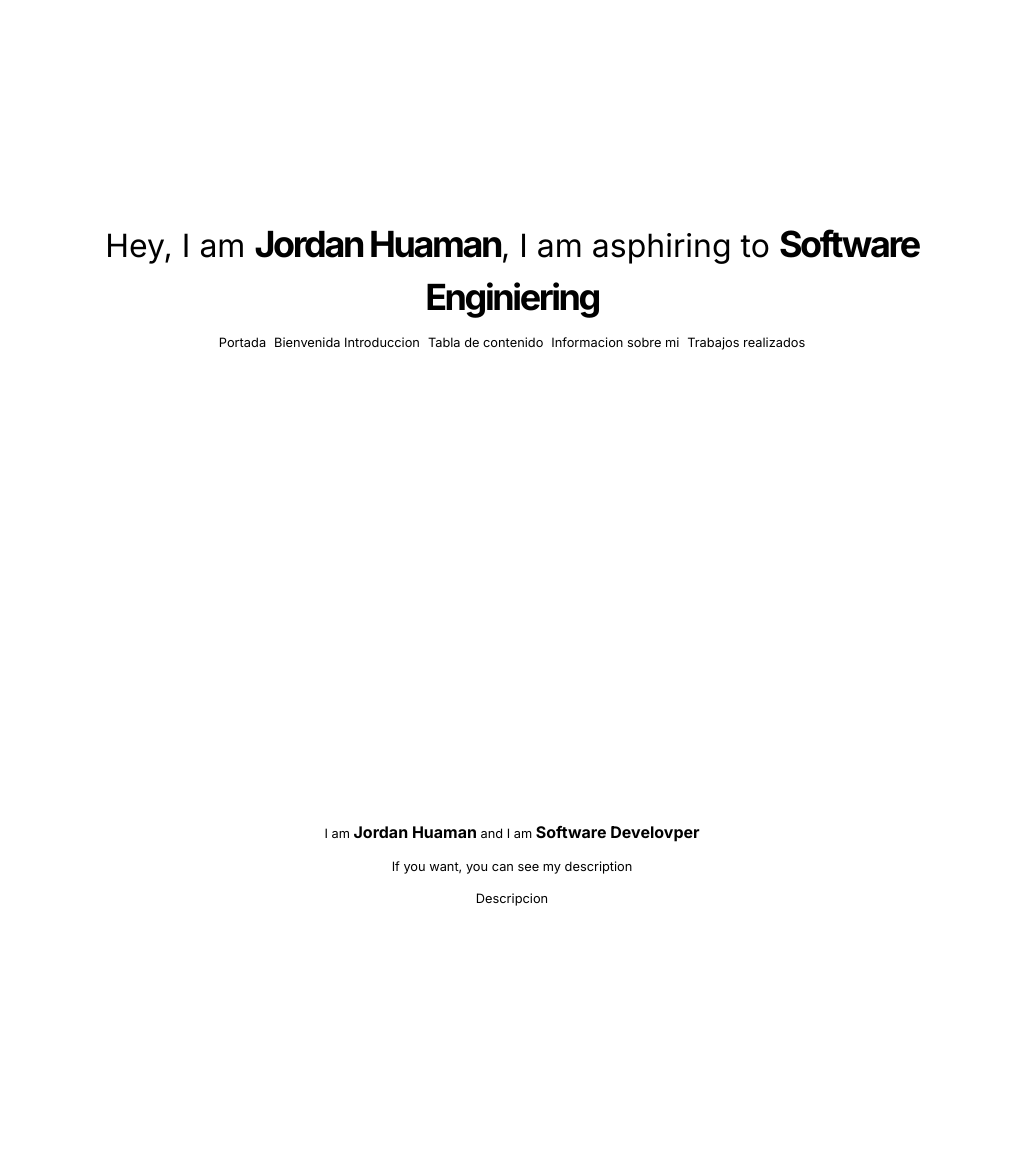
Repository: devsecops-node/portafolio-nextj-pages
Page: /
These files come from the project's save history. The page is drawn as it stood at one moment and after the next save; the edit follows.
The browser window is 1280 px wide. The pictures show the whole page, at 80% of full size.
The project was rebuilt for these pictures with package versions that can differ from the ones it lists, and the page was loaded fresh each time. The framework's server and built-in components were replaced by stand-ins that run in the browser. Also part of the build but not shown: next.config.js, src/styles/transitionPage.module.css.

Above is the page before, as saved 2024-01-15 04:00:34.

### src/app/page.js
"use client"
import Dashboard from '@/components/Dashboard'
import Transition from '@/components/Transition'
import Image from 'next/image'
import { useEffect, useState } from 'react'

export default function Home() {
  const [showAnimation, setShowAnimation] = useState(true)

  useEffect(() => {
    console.log('Ejecutando')
    setTimeout(() => {
      setShowAnimation(false)
    }, 2000)
  }, [])
  return (
    <main className='h-[100vh]'>
      {showAnimation ? <Transition /> : <Dashboard />}
    </main>
  )
}

### src/components/Dashboard.jsx
import React from 'react'
import stles from "@/styles/dashboard.module.css"
import Portada from './Portada'
import { useRef } from 'react'

const Dashboard = () => {
  const portada = useRef(null)

  const scrollToPortada = () => {
    const portada = document.getElementById('portada')

    if (portada) {
      console.log('ejecutando id')
      portada.scrollIntoView({ behavior: 'smooth' })
    }
  }
  return (
    <section className={stles.home_view}>
      <div className='h-screen flex justify-center items-center flex-col'>
        <div className={stles.home_view_principal}>
          <p className={stles.animar_text} id='detec'> Hey, I am <span className="animacion-bolder">Jordan
            Huaman</span>, I am asphiring to <span className={stles.detect}>Software Enginiering</span>
          </p>
        </div>
        <div className={stles.home_view_links}>
          <a onClick={scrollToPortada} className={stles.animar_abajo}>
            <p>Portada</p>
          </a>
          <a href="" className={stles.animar_abajo}>
            <p>Bienvenida Introduccion</p>
          </a>
          <a href="" className={stles.animar_arriba}>
            <p>Tabla de contenido</p>
          </a><a href="" className={stles.animar_arriba}>
            <p>Informacion sobre mi</p>
          </a>
          <a href="" className={stles.animar_abajo}>
            <p>Trabajos realizados</p>
          </a>

        </div>
        <div>
        </div>
      </div>
      <div id='portada'>
      <Portada/>
      </div>
    </section>
  )
}

export default Dashboard

### src/components/Transition.jsx
import React from 'react'
import styles from "@/styles/transitionPage.module.css"

const Transition = () => {
  return (
    <div className={styles.home}>
      <main className=''>
        <p className={styles.text_1}>Jh</p>
        <p className={styles.text_2}>Jordan Huaman - Porfolio</p>
      </main>
      <footer>
        <p className={styles.text_3}>Software Engineerin - 2024</p>
      </footer>
    </div>
  )
}

export default Transition

### src/styles/dashboard.module.css
/* ? Home-view part */
.home_view {
  height: 100%;
}

.animar_text {
  animation: apper-2 2s;
  -webkit-animation: apper-2 2s;
}

.home_view_principal {
  width: 90%;
  margin: 0 auto;
}

.home_view_principal p {
  text-align: center;
  font-size: 40px;
}

.home_view_principal p span {
  font-size: 45px;
  letter-spacing: -3px;
  font-weight: bold;
}

.home_view_principal p span:hover .child {
  background-color: red;
}

@keyframes apper-2 {
  0% {
    opacity: 0;
    transform: translateY(-200px);
    -webkit-transform: translateY(-200px);
    -moz-transform: translateY(-200px);
    -ms-transform: translateY(-200px);
    -o-transform: translateY(-200px);
  }

  50% {
    opacity: 1;
    transform: translateY(-20px);
    -webkit-transform: translateY(-20px);
    -moz-transform: translateY(-20px);
    -ms-transform: translateY(-20px);
    -o-transform: translateY(-20px);
  }

  100% {
    opacity: 1;
    transform: translateY(0px);
    -webkit-transform: translateY(0px);
    -moz-transform: translateY(0px);
    -ms-transform: translateY(0px);
    -o-transform: translateY(0px);
  }
}

.home_view_links {
  display: flex;
  padding: 10px;
  justify-content: space-between;
  gap: 10px;
}

/* Line aniamtion */
.line-animation {
  display: inline;
  cursor: pointer;
  position: relative;
  /* padding: 5px; */
}

.line-animation::after {
  /* margin-top: 10px; */
  content: "";
  position: absolute;
  width: 100%;
  height: 3px;
  top: auto;
  bottom: 14px;
  left: -4px;
  transform: scaleX(0);
  box-shadow: 0 5px 0 black;
  transform-origin: bottom right;
  transition: transform 0.5s ease-out;
}

.line-animation:hover:after {
  transform: scaleX(1);
  transform-origin: bottom left;
}

.animacion-bolder {
  animation: animar-bold 2s linear alternate slidein;
  -webkit-animation: animar-bold 2s linear alternate slidein;
}

.animar_arriba{
  animation: apper-arriba 2s;
  -webkit-animation: apper-arriba 2s;
}
.animar_abajo{
  cursor: pointer;
  animation: apper-abajo 2s;
  -webkit-animation: apper-abajo 2s;

}

@keyframes apper-arriba {
  0% {
    opacity: 0;
    transform: translateY(200px);
    -webkit-transform: translateY(200px);
    -moz-transform: translateY(200px);
    -ms-transform: translateY(200px);
    -o-transform: translateY(200px);
}

  50% {
    opacity: 1;
    transform: translateY(-20px);
    -webkit-transform: translateY(-20px);
    -moz-transform: translateY(-20px);
    -ms-transform: translateY(-20px);
    -o-transform: translateY(-20px);
  }

  100% {
    opacity: 1;
    transform: translateY(0px);
    -webkit-transform: translateY(0px);
    -moz-transform: translateY(0px);
    -ms-transform: translateY(0px);
    -o-transform: translateY(0px);
  }
}
@keyframes apper-abajo {
  0% {
    opacity: 0;
    transform: translateY(-200px);
    -webkit-transform: translateY(-200px);
    -moz-transform: translateY(-200px);
    -ms-transform: translateY(-200px);
    -o-transform: translateY(-200px);
}

  50% {
    opacity: 1;
    transform: translateY(-20px);
    -webkit-transform: translateY(-20px);
    -moz-transform: translateY(-20px);
    -ms-transform: translateY(-20px);
    -o-transform: translateY(-20px);
  }

  100% {
    opacity: 1;
    transform: translateY(0px);
    -webkit-transform: translateY(0px);
    -moz-transform: translateY(0px);
    -ms-transform: translateY(0px);
    -o-transform: translateY(0px);
  }
}

@keyframes animar-bold {
  0% {
    opacity: 0;
  }

  100% {
    opacity: 1;
  }
}

### src/components/Portada.jsx
import React from 'react'

const Portada = () => {
  return (
    <div className='h-screen flex justify-center items-center'>
      <section className='flex justify-center flex-col items-center gap-4'>
        <p>I am <span className='text-[20px] font-bold'>Jordan Huaman</span> and I am <span className='text-[20px] font-bold'>Software Develovper</span></p>
        <p>If you want, you can see my description</p>
        <button>Descripcion</button>
      </section>
    </div>
  )
}

export default Portada

Loaded but not shown: src/app/layout.js (common file); src/app/globals.css (common file); tailwind.config.js (common file)

After the next save:
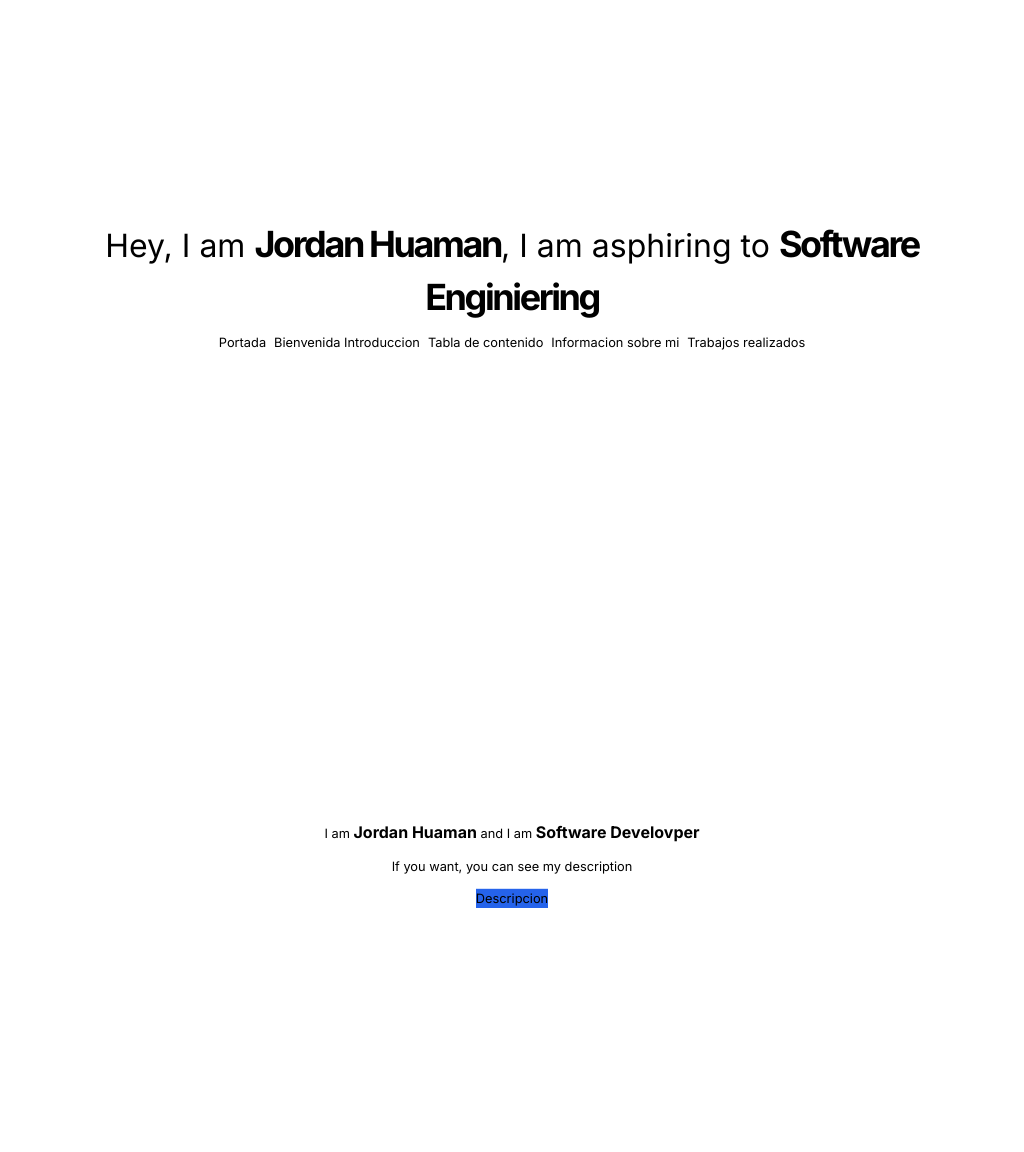
Saved 15 s later.
--- a/src/components/Portada.jsx
+++ b/src/components/Portada.jsx
@@ -6,7 +6,7 @@ const Portada = () => {
       <section className='flex justify-center flex-col items-center gap-4'>
         <p>I am <span className='text-[20px] font-bold'>Jordan Huaman</span> and I am <span className='text-[20px] font-bold'>Software Develovper</span></p>
         <p>If you want, you can see my description</p>
-        <button>Descripcion</button>
+        <button className='bg-blue-600'>Descripcion</button>
       </section>
     </div>
   )
